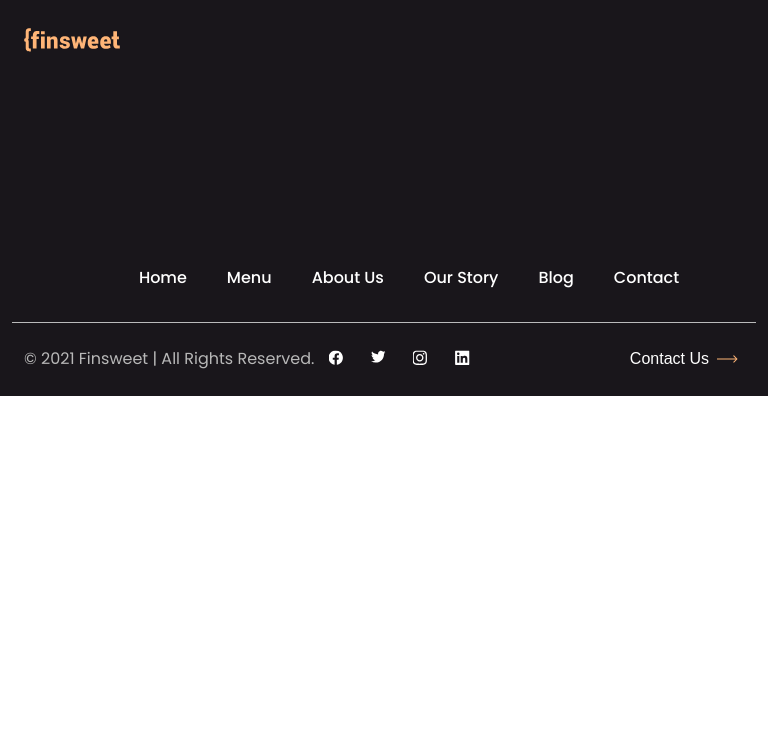
Repository: Minns-Cao/project-finsweet
Page: contact.html
These files come from the project's save history. The page is drawn as it stood at one moment and after the next save; the edit follows.
The browser window is 768 px wide. The pictures show the whole page.
Some web fonts or font styles are not loaded; a fallback is used.

Above is the page before, as saved 2023-04-28 14:46:34.

After the next save:
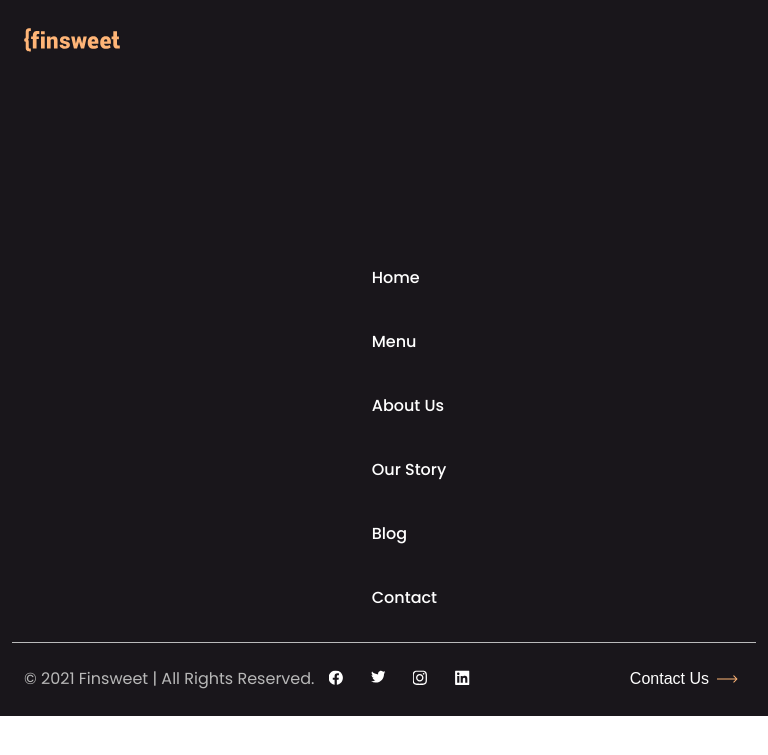
Saved 4 s later.
--- a/assets/css/style.css
+++ b/assets/css/style.css
@@ -246,7 +246,7 @@ a {
         display: none;
     }
 
-    .footer .nav  {
+    .footer .nav ul {
         flex-direction: column;
     }
 }
